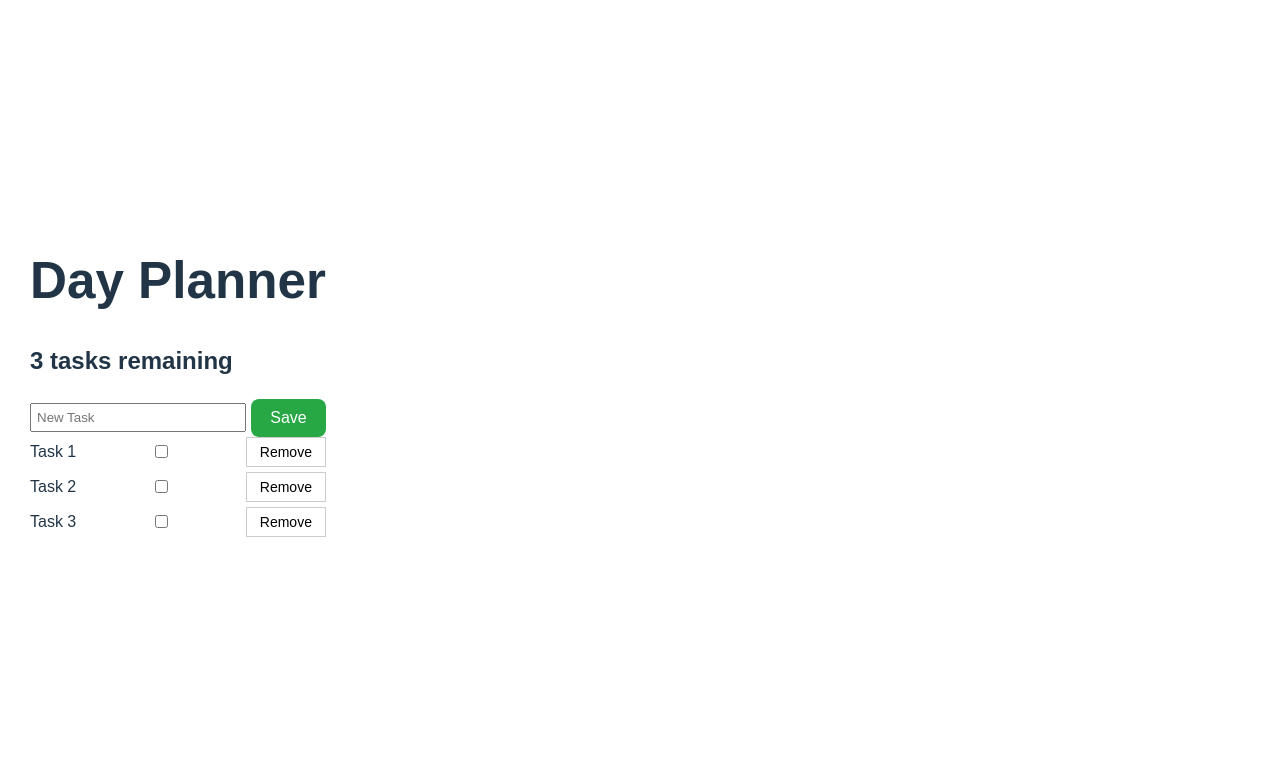
Repository: GavinPahal/lab5
Page: /
The author's editor kept a copy of each file at every save. The page is drawn from the files as they stood at one save, then again after a run of saves.
The browser window is 1280 px wide. The pictures show the whole page.
The project was rebuilt for these pictures with package versions that can differ from the ones it lists, and the page was loaded fresh each time. Also part of the build but not shown: vite.config.js.

Above is the page before, as saved 2024-10-11 17:57:13.

### src/App.jsx
// src/App.jsx
import React, { useState } from 'react';
import Header from '../components/Header';
import TaskForm from '../components/TaskForm';
import TaskList from '../components/TaskList';
import './App.css';

function App() {
  const [tasks, setTasks] = useState([
    { id: 1, name: "Task 1", isCompleted: false },
    { id: 2, name: "Task 2", isCompleted: false },
    { id: 3, name: "Task 3", isCompleted: false },
  ]);

  const addTask = (name) => {
    setTasks([...tasks, { id: Date.now(), name, isCompleted: false }]);
  };

  const toggleComplete = (id) => {
    setTasks(
      tasks.map((task) =>
        task.id === id ? { ...task, isCompleted: !task.isCompleted } : task
      )
    );
  };

  const deleteTask = (id) => {
    setTasks(tasks.filter((task) => task.id !== id));
  };

  const pendingTasksCount = tasks.filter((task) => !task.isCompleted).length;

  return (
    <div className="app">
      <Header pendingTasksCount={pendingTasksCount} />
      <TaskForm addTask={addTask} />
      <TaskList
        tasks={tasks}
        toggleComplete={toggleComplete}
        deleteTask={deleteTask}
      />
    </div>
  );
}

export default App;

### components/Header.jsx
// components/Header.jsx
import React from 'react';

function Header({ pendingTasksCount }) {
  return (
    <header>
      <h1>Day Planner</h1>
      <h2>{pendingTasksCount} tasks remaining</h2>
    </header>
  );
}

export default Header;

### components/TaskForm.jsx
// components/TaskForm.jsx
import React, { useState } from 'react';

function TaskForm({ addTask }) {
  const [taskName, setTaskName] = useState('');

  const handleSubmit = (e) => {
    e.preventDefault();
    if (taskName.trim() !== '') {
      addTask(taskName);
      setTaskName('');
    }
  };

  return (
    <form onSubmit={handleSubmit} style={{ display: 'flex', alignItems: 'center' }}>
      <input
        type="text"
        placeholder="New Task"
        value={taskName}
        onChange={(e) => setTaskName(e.target.value)}
        style={{ flex: 1, marginRight: '5px' }} // Flex to take remaining space
      />
      <button type="submit" className="save">Save</button>
    </form>
  );
}

export default TaskForm;

### components/TaskList.jsx
// components/TaskList.jsx
import React from 'react';
import Task from './Task';

function TaskList({ tasks, toggleComplete, deleteTask }) {
  return (
    <div>
      {tasks.map((task) => (
        <Task
          key={task.id}
          task={task}
          toggleComplete={toggleComplete}
          deleteTask={deleteTask}
        />
      ))}
    </div>
  );
}

export default TaskList;

### src/App.css
/* src/App.css */
body {
  font-family: sans-serif;
  margin: 0;
  padding: 20px;
}

.app {
  background-color: #fff;
  padding: 10px;
  border-radius: 5px;
}

.task {
  display: flex;
  justify-content: space-between;
  align-items: center; /* Align items vertically in the center */
  margin-bottom: 5px;
}

input[type="text"] {
  padding: 5px;
}

button {
  padding: 5px;
}

button.save {
  background-color: #28a745; /* Green color */
  color: white;
  border: none;
  cursor: pointer;
}

button.save:hover {
  background-color: #218838; /* Darker green on hover */
}

button.remove {
  width: 80px; /* Width for rectangular shape */
  height: 30px; /* Height for rectangular shape */
  background-color: transparent; /* No background color */
  color: black; /* Text color */
  border: 1px solid #ccc; /* Light border for visibility */
  border-radius: 0; /* No rounded edges */
  cursor: pointer;
  display: flex; /* Flexbox for centering text */
  align-items: center; /* Center vertically */
  justify-content: center; /* Center horizontally */
  font-size: 14px; /* Font size for fitting text */
  margin-Left: '10px'; /* Add space between the save button and remove button */
}


.completed span {
  text-decoration: line-through;
}

### components/Task.jsx
// components/Task.jsx
import React from 'react';

function Task({ task, toggleComplete, deleteTask }) {
  return (
    <div className={`task ${task.isCompleted ? 'completed' : ''}`}>
      <span>{task.name}</span>
      <input
        type="checkbox"
        checked={task.isCompleted}
        onChange={() => toggleComplete(task.id)}
      />
      <button onClick={() => deleteTask(task.id)} className="remove">Remove</button>
    </div>
  );
}

export default Task;

Loaded but not shown: index.html (common file); src/main.jsx (common file); src/index.css (common file)

After the next 2 saves:
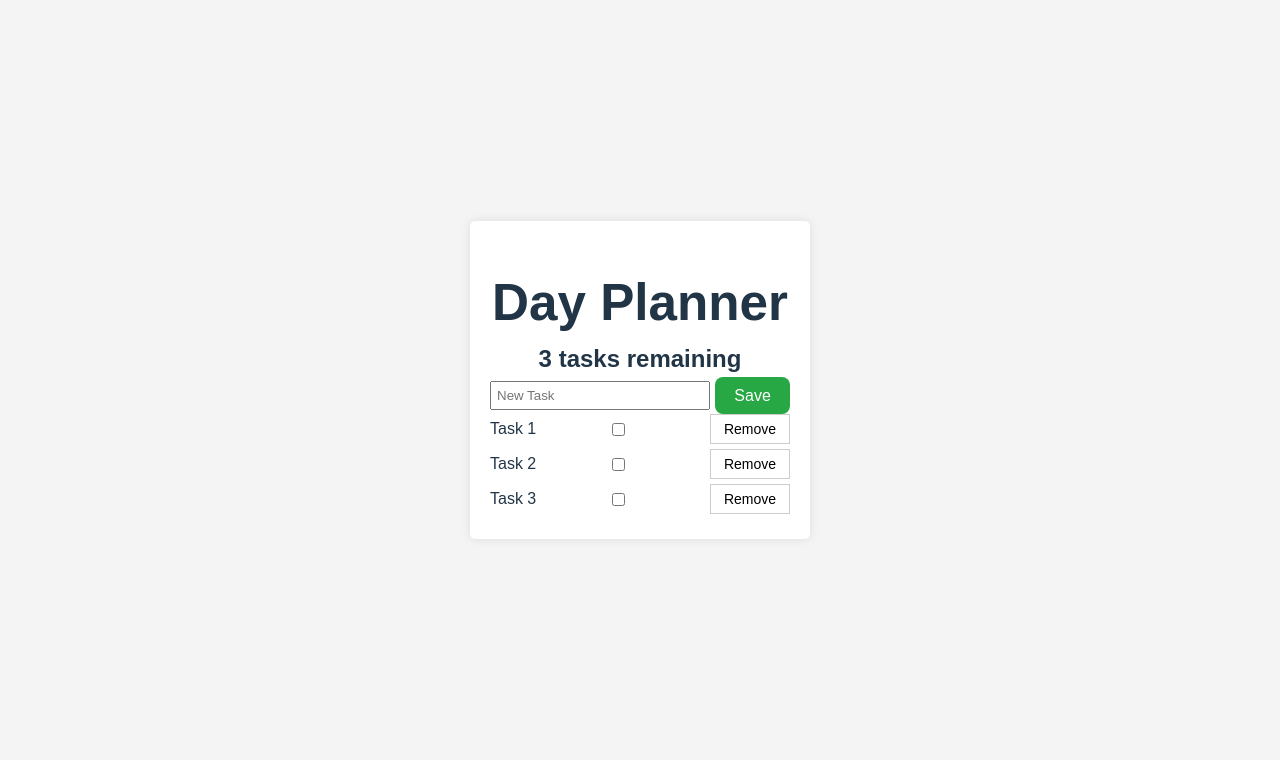
The 2 saves are shown as one change because they came seconds apart.
The last was saved 15 s later.
--- a/src/App.css
+++ b/src/App.css
@@ -3,18 +3,37 @@
   font-family: sans-serif;
   margin: 0;
   padding: 20px;
+  display: flex;
+  justify-content: center;
+  align-items: center;
+  height: 100vh; /* Full height to center vertically */
+  background-color: #f4f4f4; /* Light background color */
 }
 
 .app {
   background-color: #fff;
-  padding: 10px;
+  padding: 20px;
   border-radius: 5px;
+  box-shadow: 0 0 10px rgba(0, 0, 0, 0.1); /* Subtle shadow */
+  width: 300px; /* Fixed width for the app */
+}
+
+header {
+  text-align: center; /* Center the text in the header */
+}
+
+h1 {
+  margin-bottom: 10px; /* Space between title and tasks remaining */
+}
+
+h2 {
+  margin: 0; /* Remove margin for a cleaner look */
 }
 
 .task {
   display: flex;
   justify-content: space-between;
-  align-items: center; /* Align items vertically in the center */
+  align-items: center;
   margin-bottom: 5px;
 }
 
@@ -49,7 +68,7 @@
   align-items: center; /* Center vertically */
   justify-content: center; /* Center horizontally */
   font-size: 14px; /* Font size for fitting text */
-  margin-Left: '10px'; /* Add space between the save button and remove button */
+  margin-left: 10px; /* Space between the save button and remove button */
 }
 
 

After the save that followed:
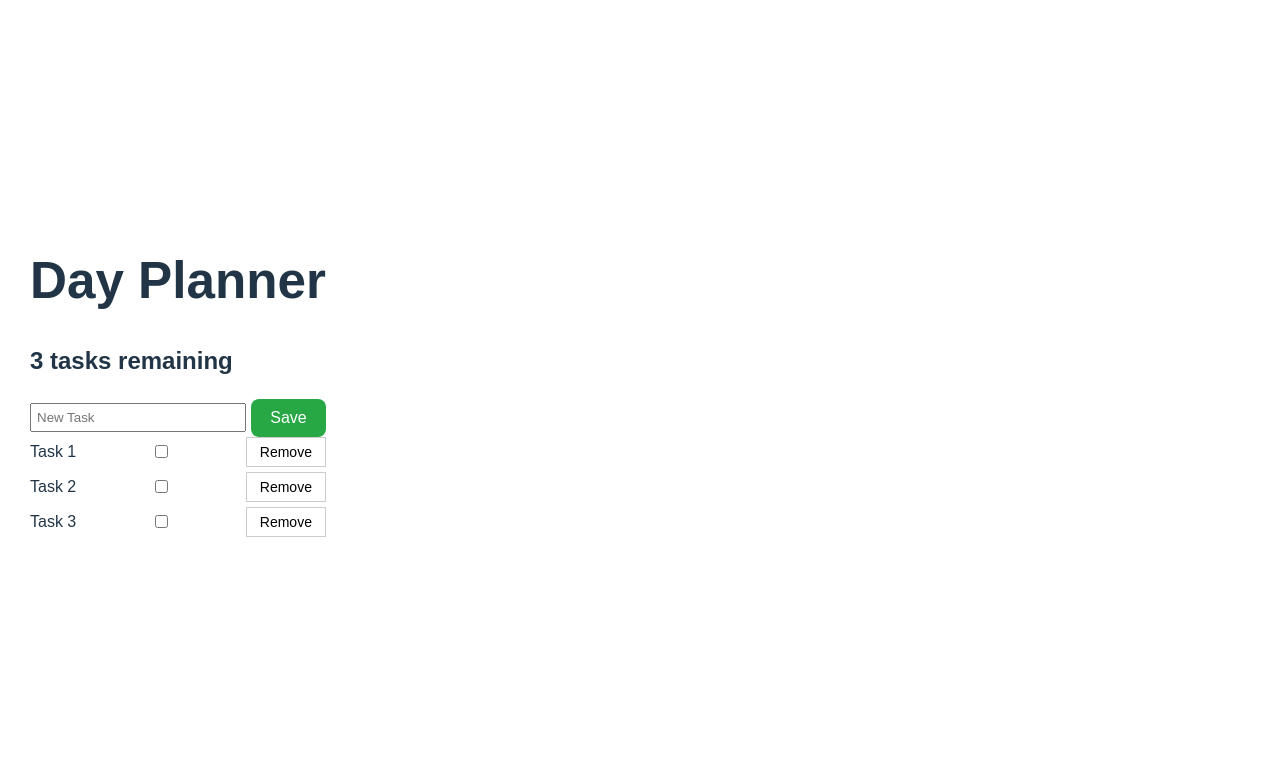
Saved 21 s later.
--- a/src/App.css
+++ b/src/App.css
@@ -3,37 +3,18 @@
   font-family: sans-serif;
   margin: 0;
   padding: 20px;
-  display: flex;
-  justify-content: center;
-  align-items: center;
-  height: 100vh; /* Full height to center vertically */
-  background-color: #f4f4f4; /* Light background color */
 }
 
 .app {
   background-color: #fff;
-  padding: 20px;
+  padding: 10px;
   border-radius: 5px;
-  box-shadow: 0 0 10px rgba(0, 0, 0, 0.1); /* Subtle shadow */
-  width: 300px; /* Fixed width for the app */
-}
-
-header {
-  text-align: center; /* Center the text in the header */
-}
-
-h1 {
-  margin-bottom: 10px; /* Space between title and tasks remaining */
-}
-
-h2 {
-  margin: 0; /* Remove margin for a cleaner look */
 }
 
 .task {
   display: flex;
   justify-content: space-between;
-  align-items: center;
+  align-items: center; /* Align items vertically in the center */
   margin-bottom: 5px;
 }
 
@@ -68,7 +49,7 @@
   align-items: center; /* Center vertically */
   justify-content: center; /* Center horizontally */
   font-size: 14px; /* Font size for fitting text */
-  margin-left: 10px; /* Space between the save button and remove button */
+  margin-Left: '10px'; /* Add space between the save button and remove button */
 }
 
 
